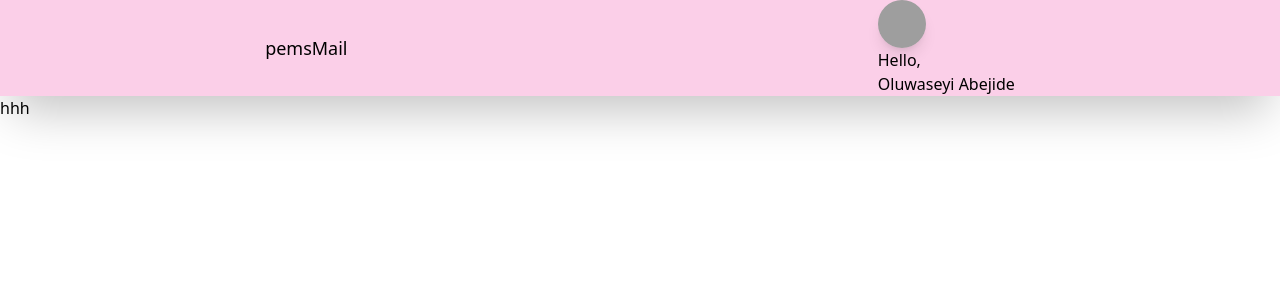
Repository: Semanmernstack/mailclone
Page: /
These files come from the project's save history. The page is drawn as it stood at one moment and after the next save; the edit follows.
The browser window is 1280 px wide. The pictures show the whole page.
Pictures or frames that could not be fetched are drawn as grey boxes. The project was rebuilt for these pictures with package versions that can differ from the ones it lists, and the page was loaded fresh each time. Also part of the build but not shown: src/features/counter/Counter.module.css, src/features/counter/Counter.js.

Above is the page before, as saved 2023-01-16 02:05:08.

### src/App.js
import React from 'react';

import { Counter } from './features/counter/Counter';
import Header from './Header';
import {
  BrowserRouter,
  Routes,
  Route,
} from "react-router-dom";
import Open from './Open';


function App() {
  return (
    <div className="App">

      <BrowserRouter>
        <Header/>
        <Routes>
          <Route exact path="/" element={<Open/>} />
        </Routes>
      </BrowserRouter>
    </div>
  );
}

export default App;

### src/features/counter/counterSlice.js
import { createAsyncThunk, createSlice } from '@reduxjs/toolkit';
import { fetchCount } from './counterAPI';

const initialState = {
  value: 0,
  status: 'idle',
};

// The function below is called a thunk and allows us to perform async logic. It
// can be dispatched like a regular action: `dispatch(incrementAsync(10))`. This
// will call the thunk with the `dispatch` function as the first argument. Async
// code can then be executed and other actions can be dispatched. Thunks are
// typically used to make async requests.
export const incrementAsync = createAsyncThunk(
  'counter/fetchCount',
  async (amount) => {
    const response = await fetchCount(amount);
    // The value we return becomes the `fulfilled` action payload
    return response.data;
  }
);

export const counterSlice = createSlice({
  name: 'counter',
  initialState,
  // The `reducers` field lets us define reducers and generate associated actions
  reducers: {
    increment: (state) => {
      // Redux Toolkit allows us to write "mutating" logic in reducers. It
      // doesn't actually mutate the state because it uses the Immer library,
      // which detects changes to a "draft state" and produces a brand new
      // immutable state based off those changes
      state.value += 1;
    },
    decrement: (state) => {
      state.value -= 1;
    },
    // Use the PayloadAction type to declare the contents of `action.payload`
    incrementByAmount: (state, action) => {
      state.value += action.payload;
    },
  },
  // The `extraReducers` field lets the slice handle actions defined elsewhere,
  // including actions generated by createAsyncThunk or in other slices.
  extraReducers: (builder) => {
    builder
      .addCase(incrementAsync.pending, (state) => {
        state.status = 'loading';
      })
      .addCase(incrementAsync.fulfilled, (state, action) => {
        state.status = 'idle';
        state.value += action.payload;
      });
  },
});

export const { increment, decrement, incrementByAmount } = counterSlice.actions;

// The function below is called a selector and allows us to select a value from
// the state. Selectors can also be defined inline where they're used instead of
// in the slice file. For example: `useSelector((state: RootState) => state.counter.value)`
export const selectCount = (state) => state.counter.value;

// We can also write thunks by hand, which may contain both sync and async logic.
// Here's an example of conditionally dispatching actions based on current state.
export const incrementIfOdd = (amount) => (dispatch, getState) => {
  const currentValue = selectCount(getState());
  if (currentValue % 2 === 1) {
    dispatch(incrementByAmount(amount));
  }
};

export default counterSlice.reducer;

### src/Header.js
import React from 'react'

function Header() {
  return (
    <div className="flex items-center justify-around      h-24 bg-pink-200 border-b-pink-800 shadow-2xl">
        <div>
            <h1 className="text-lg">pemsMail</h1>

        </div>
        <div>

            <img className="h-12 w-12 rounded-full shadow-lg" src="https://cdn.pixabay.com/photo/2022/12/01/12/26/countryside-7629017__340.jpg" alt="pic" />
            <div>
                <p>Hello,</p>
                <p>Oluwaseyi Abejide</p>
            </div>
        </div>
    </div>
  )
}

export default Header

### src/Open.js
import React from 'react'

function Open() {
  return (
    <div>
        <h1>hhh</h1>
    </div>
  )
}

export default Open

Loaded but not shown: public/index.html (common file); src/index.js (common file); src/app/store.js (common file); src/reportWebVitals.js (common file); src/index.css (common file); src/features/counter/counterAPI.js (common file); tailwind.config.js (common file)

After the next save:
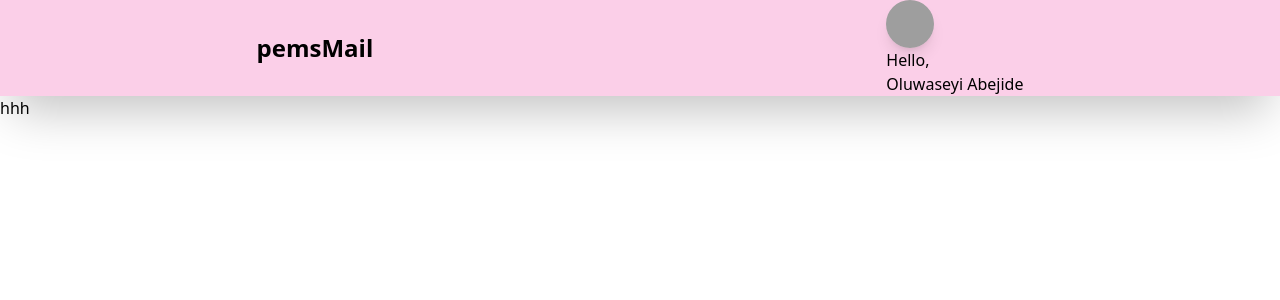
Saved 38 s later.
--- a/src/Header.js
+++ b/src/Header.js
@@ -4,7 +4,7 @@ function Header() {
   return (
     <div className="flex items-center justify-around      h-24 bg-pink-200 border-b-pink-800 shadow-2xl">
         <div>
-            <h1 className="text-lg">pemsMail</h1>
+            <h1 className="text-lg md:text-2xl font-semibold">pemsMail</h1>
 
         </div>
         <div>
